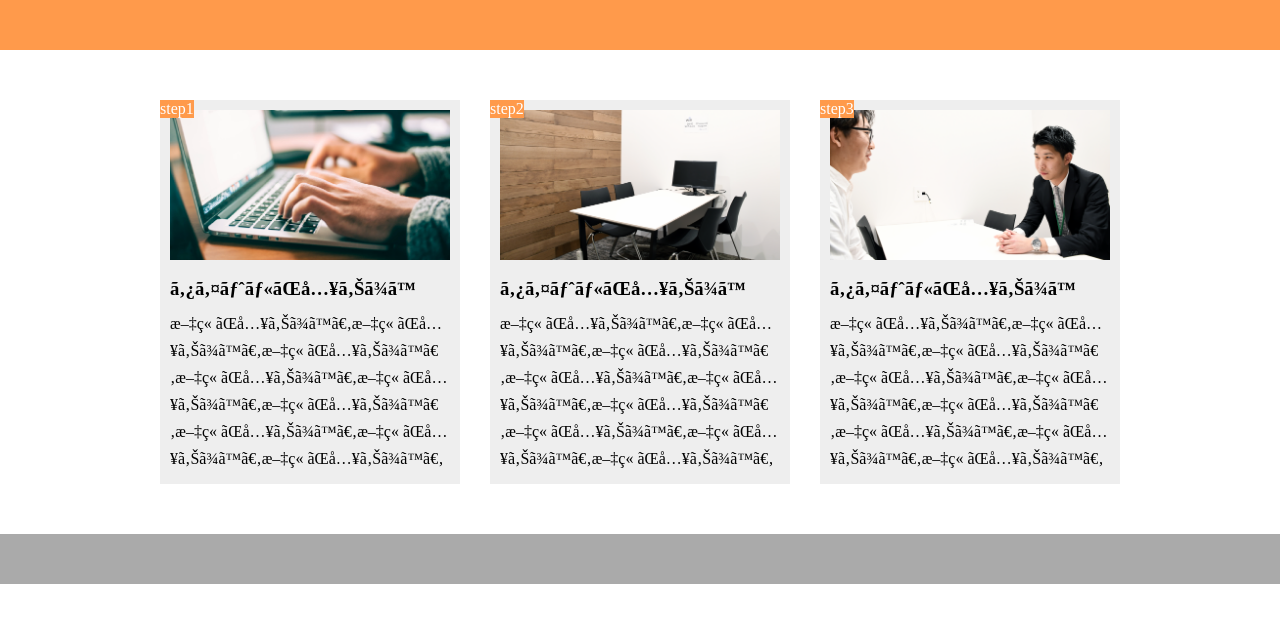
Repository: tnakahashi/sample
Page: Ch9_ex2/exersise2.html
The author's editor kept a record of every edit. The page is drawn from the files as they stood at one moment, then again after the next edit.
The browser window is 1280 px wide. The pictures show the whole page.

Above is the page before.

### Ch9_ex2/exersise2.html
<!DOCTYPE html>
<html lang="ja">
  <head>
    <meta charset="UTF=8">
    <title>9章演習</title>
    <link rel="stylesheet" href="style.css"/>
  </head>

  <body>
    <header></header>
    <main>
      <div class="step-box">
        <div class="step-img1"></div>
        <span class="step-num">step1</span>
        <h3 class="title">タイトルが入ります</h3>
        <p class ="text">
          文章が入ります。文章が入ります。文章が入ります。文章が入ります。文章が入ります。文章が入ります。文章が入ります。文章が入ります。文章が入ります。
        </p>
      </div>
      <div class="step-box">
        <div class="step-img2"></div>
        <span class="step-num">step2</span>
        <h3 class="title">タイトルが入ります</h3>
        <p class="text">
          文章が入ります。文章が入ります。文章が入ります。文章が入ります。文章が入ります。文章が入ります。文章が入ります。文章が入ります。文章が入ります。
        </p>
      </div>
      <div class="step-box">
        <div class="step-img3"></div>
        <span class="step-num">step3</span>
        <h3 class="title">タイトルが入ります</h3>
        <p class="text">
          文章が入ります。文章が入ります。文章が入ります。文章が入ります。文章が入ります。文章が入ります。文章が入ります。文章が入ります。文章が入ります。
        </p>
      </div>
    </main>
    <footer></footer>
  </body>

</html>

### Ch9_ex2/style.css
* {
  box-sizing: border-box;
  margin: 0;
  padding: 0;
}

header {
  height: 50px;
  background-color: #ff9a4b;
}

main {
  width: 960px;
  margin: 50px auto;
  display: flex;
}

.step-box {
  width: 300px;
  margin-right: 30px;
  padding: 10px;
  position: relative;
  background-color: #eee;
}

.step-box:last-child {
  margin-right: 0;
}

.step-img1 {
  height: 150px;
  background-image: url(img/flow01.png);
  background-position: bottom;
  background-size: cover;
}

.step-img2 {
  height: 150px;
  background-image: url(img/flow02.png);
  background-position: bottom;
  background-size: cover;
}

.step-img3 {
  height: 150px;
  background-image: url(img/flow03.png);
  background-position: bottom;
  background-size: cover;
}

.step-num {
  position: absolute;
  top: 0;
  left: 0;
  background-color: #ff9a4b;
  color: #fff;
}

.title {
  margin: 15px 0 5px;
}

footer {
  height: 50px;
  background-color: #aaa;
}

After the next edit:
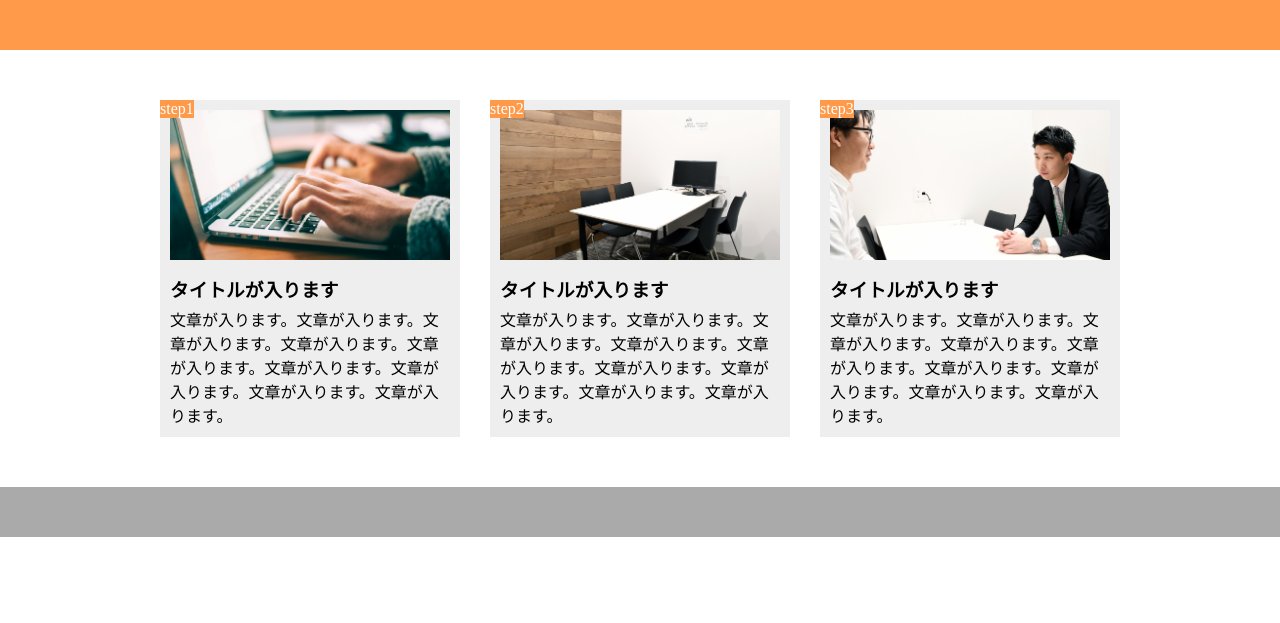
The edit:
--- a/Ch9_ex2/exersise2.html
+++ b/Ch9_ex2/exersise2.html
@@ -1,7 +1,7 @@
 <!DOCTYPE html>
 <html lang="ja">
   <head>
-    <meta charset="UTF=8">
+    <meta charset="UTF-8">
     <title>9章演習</title>
     <link rel="stylesheet" href="style.css"/>
   </head>
